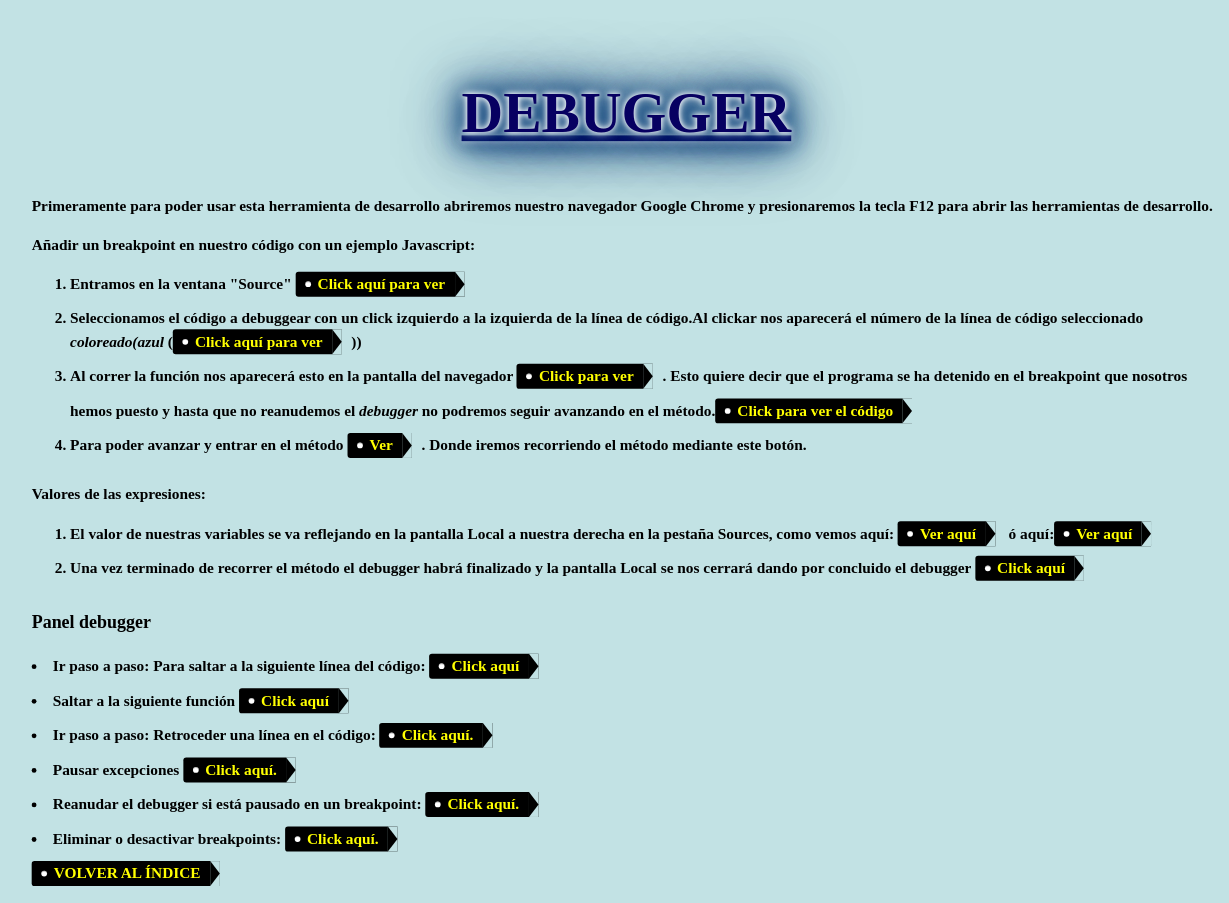
Repository: VictorinoBF97/HerramientasDesarollo
Page: debugger.html
The author's editor kept a copy of each file at every save. The page is drawn from the files as they stood at one save, then again after the next save.
The browser window is 1280 px wide. The pictures show the whole page, at 96% of full size.

Above is the page before, as saved 2018-11-27 07:18:02.
Not found: main.js

After the next save:
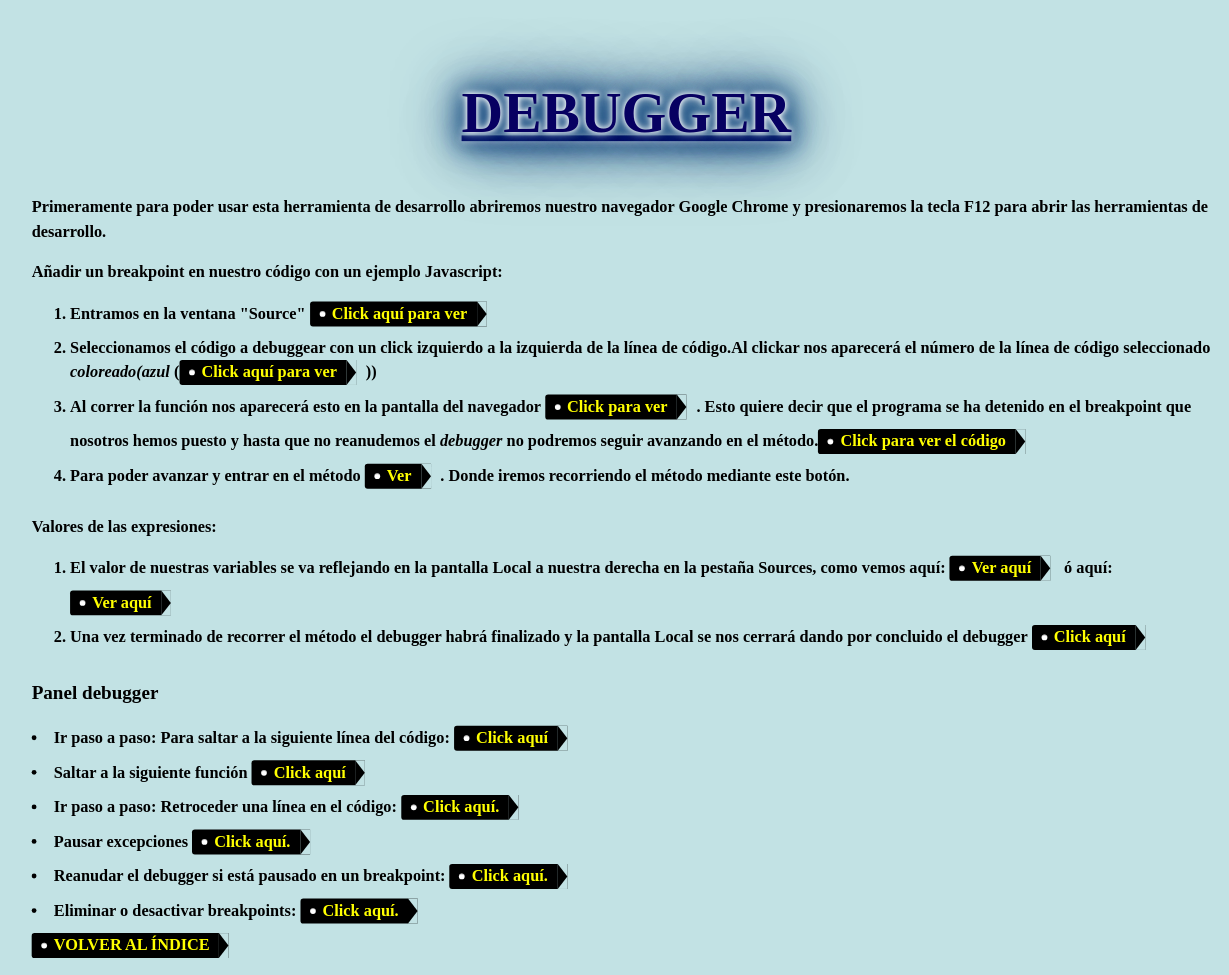
Saved 13 min 7 s later.
--- a/css/styles.css
+++ b/css/styles.css
@@ -17,7 +17,7 @@ text-shadow: 0 0 5px #fff, 0 0 10px #fff, 0 0 20px rgb(3, 58, 117), 0 0 30px rgb
 text-align: center;
 }
 body{
-    font: 16px/1.5 'PT Sans', serif;
+    font: 17px/1.5 'PT Sans', serif;
     font-weight: bold;
     overflow: hidden;
     padding-left: 25px;
